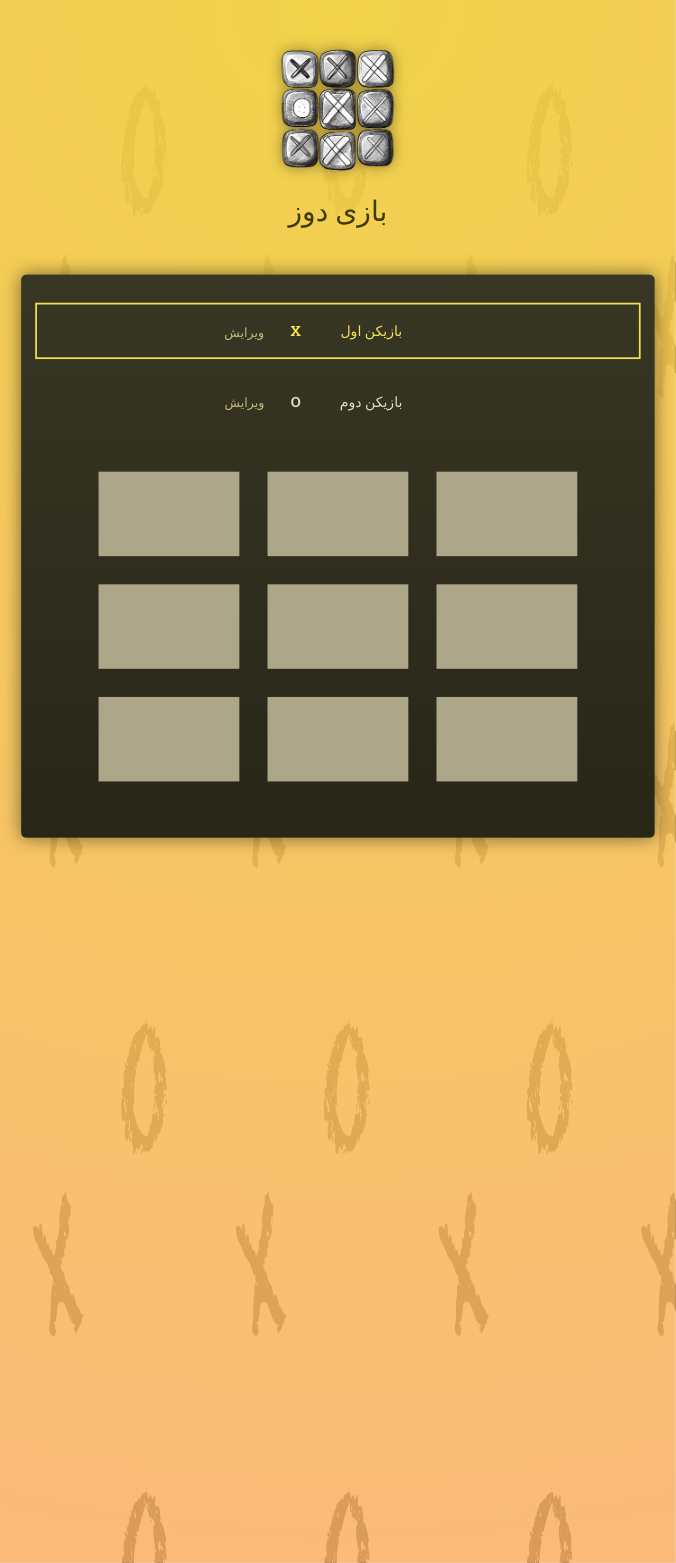
Repository: H-ala/react-tic-toc-toe
Page: /
The author's editor kept a copy of each file at every save. The page is drawn from the files as they stood at one save, then again after the next save.
The browser window is 768 px wide. The pictures show the whole page, at 88% of full size.
Some web fonts or font styles are not loaded; a fallback is used. The project was rebuilt for these pictures with package versions that can differ from the ones it lists, and the page was loaded fresh each time. Also part of the build but not shown: vite.config.js, src/components/GameOver.jsx.

Above is the page before, as saved 2025-10-21 18:20:49.

### index.html
<!DOCTYPE html>
<html lang="en">
  <head>
    <meta charset="UTF-8" />
    <link rel="icon" type="image/svg+xml" href="/game-logo.png" />
    <meta name="viewport" content="width=device-width, initial-scale=1.0" />
    <title>React Tic-Tac-Toe</title>
  </head>
  <body>
    <header>
      <img src="game-logo.png" alt="main picture">
      <h1>بازی دوز</h1>
    </header>
    <div id="root"></div>
    <script type="module" src="/src/index.jsx"></script>
  </body>
</html>

### src/App.jsx
import { WINNING_COMBINATIONS } from "./winning_combinations.js";
import { useState } from "react";
import GameBoard from "./components/GameBoard.jsx";
import GameOver from "./components/GameOver.jsx";
import Player from "./components/Player.jsx";
import Log from "./components/Log.jsx";

const PLAYERS = {
    X: "بازیکن اول",
    O: "بازیکن دوم",
  }

const INITIAL_GAME_BOARD = [
  [null, null, null],
  [null, null, null],
  [null, null, null],
];

function deriveActivePlayer(gameTurns) {
  let currentPlayer = "X";
  if (gameTurns.length > 0 && gameTurns[0].player === "X") {
    currentPlayer = "O";
  }
  return currentPlayer;
}

function deriveGameBoard(gameTurns) {
  let gameBoard = [...INITIAL_GAME_BOARD.map((innerArray) => [...innerArray])];

  for (const turn of gameTurns) {
    const { square, player } = turn;
    const { row, col } = square;

    gameBoard[row][col] = player;
  }
  return gameBoard
}

function deriveWinner(gameBoard, players) {
  let winner;

  for (const combination of WINNING_COMBINATIONS) {
    const firstSquareSymbol =
      gameBoard[combination[0].row][combination[0].column];
    const secondSquareSymbol =
      gameBoard[combination[1].row][combination[1].column];
    const thirdSquareSymbol =
      gameBoard[combination[2].row][combination[2].column];

    if (
      firstSquareSymbol &&
      firstSquareSymbol === secondSquareSymbol &&
      firstSquareSymbol === thirdSquareSymbol
    ) {
      winner = players[firstSquareSymbol];
    }
  }

  return winner;
}

function App() {
  const [players, setplayers] = useState(PLAYERS);
  const [gameTurns, setGameTurns] = useState([]);

  const activePlayer = deriveActivePlayer(gameTurns);

  const gameBoard = deriveGameBoard(gameTurns);
  const winner = deriveWinner(gameBoard, players);
  const isDraw = gameTurns.length === 9 && !winner;

  function handleSelectSquare(rowIndex, colIndex) {
    setGameTurns((prevTurns) => {
      const currentPlayer = deriveActivePlayer(prevTurns);
      const updatedTurns = [
        {
          square: { row: rowIndex, col: colIndex },
          player: currentPlayer,
        },
        ...prevTurns,
      ];
      return updatedTurns;
    });
  }

  function handlePlayerName(symbol, newName) {
    setplayers((prevPlayers) => {
      return {
        ...prevPlayers,
        [symbol]: newName,
      };
    });
  }

  function handleRestart() {
    setGameTurns([]);
  }
  return (
    <main>
      <div id="game-container">
        <ol id="players" className="highlight-player">
          <Player
            initialName={PLAYERS.X}
            symbol="X"
            isActive={activePlayer === "X"}
            onChangeName={handlePlayerName}
          />
          <Player
            initialName={PLAYERS.O}
            symbol="O"
            isActive={activePlayer === "O"}
            onChangeName={handlePlayerName}
          />
        </ol>
        {(winner || isDraw) && (
          <GameOver winner={winner} onRestart={handleRestart} />
        )}
        <GameBoard onSelectSquare={handleSelectSquare} board={gameBoard} />
      </div>
      <Log turns={gameTurns} />
    </main>
  );
}

export default App;

### src/index.css
@import url("https://fonts.googleapis.com/css2?family=Caprasimo&family=Roboto+Slab:wght@400;700&display=swap");

* {
  box-sizing: border-box;
}

html {
  font-family: "Roboto Slab", sans-serif;
  line-height: 1.5;

  color: #ebe7ef;

  font-synthesis: none;
  text-rendering: optimizeLegibility;
  -webkit-font-smoothing: antialiased;
  -moz-osx-font-smoothing: grayscale;
  -webkit-text-size-adjust: 100%;
}

body {
  background: radial-gradient(
      circle at top,
      rgba(241, 210, 70, 0.98),
      rgba(250, 176, 103, 0.87)
    ),
    url("bg-pattern-dark.png");
  background-repeat: repeat;
  background-size: 100% 100%, 30% 30%, 100% 100%;
  min-height: 110rem;
  direction: rtl;
}

header {
  text-align: center;
}

header img {
  width: 8rem;
  object-fit: contain;
  margin: 3rem auto 1rem auto;
  filter: drop-shadow(0 0 8px rgba(0, 0, 0, 0.4));
}

h1 {
  font-family: "Caprasimo", cursive;
  font-size: 3rem;
  margin: 0 auto 3rem auto;
  color: #3f3b00;
}

#game-container {
  max-width: 45rem;
  margin: 3rem auto;
  padding: 2rem;
  border-radius: 6px;
  background: linear-gradient(#383624, #282617);
  box-shadow: 0 0 20px rgba(0, 0, 0, 0.5);
  position: relative;
}

#players {
  list-style: none;
  padding: 0;
  margin: 1rem 0;
  display: flex;
  justify-content: center;
  align-items: center;
  gap: 2rem;
}

#players li {
  display: flex;
  align-items: center;
  width: 50%;
  border: 2px solid transparent;
}

#players.highlight-player li.active {
  border-color: #f6e35a;
  animation: pulse 2s infinite ease-in-out;
}

#players.highlight-player li.active .player-name,
#players.highlight-player li.active .player-symbol {
  color: #f6e35a;
}

#players button {
  width: 3rem;
  border: none;
  background: none;
  color: #c3ba78;
  font-size: 0.9rem;
  cursor: pointer;
  transition: color 0.2s;
  padding: 0.5rem 0.25rem 0.25rem 0.25rem;
  text-align: center;
}

#players button:hover {
  color: #f8ca31;
}

.player {
  border: 2px solid transparent;
  padding: 0.5rem;
  border-radius: 4px;
  font-weight: bold;
}

.player-name {
  display: inline-block;
  width: 10rem;
  font-size: 1rem;
  color: #e1dec7;
  text-transform: uppercase;
  margin: 0;
  padding: 0.5rem;
  border-radius: 4px;
  text-overflow: ellipsis;
  text-align: center;
}

.player input {
  font: inherit;
  font-size: 1rem;
  width: 10rem;
  border: none;
  padding: 0.5rem;
  animation: pulse-text 2s infinite;
  background-color: #46432f;
  text-align: center;
  text-transform: uppercase;
}

.player-symbol {
  margin-left: 1rem;
  font-size: 1rem;
  color: #e1dec7;
}

ol {
  list-style: none;
  margin: 0;
  padding: 0;
}

#pre-game {
  text-align: center;
}

#pre-game button {
  cursor: pointer;
  background: none;
  color: #f8c031;
  border: none;
  font-family: "Caprasimo", cursive;
  font-size: 4rem;
  text-shadow: 0 0 12px rgba(0, 0, 0, 0.7);
  animation: pulse-text-size 2s infinite ease-out;
}

#game-board {
  display: flex;
  flex-wrap: wrap;
  justify-content: center;
  gap: 2rem;
  margin: 3rem 0;
  padding: 0;
  flex-direction: column;
}

#game-board ol {
  display: flex;
  flex-wrap: wrap;
  justify-content: center;
  gap: 2rem;
  margin: 0;
  padding: 0;
}

#game-board button {
  width: 8rem;
  height: 8rem;
  border: none;
  background: #aca788;
  color: #3f3b00;
  font-size: 5rem;
  cursor: pointer;
  font-family: "Caprasimo", cursive;
  padding: 1rem;
}

#game-over {
  position: absolute;
  top: 0;
  left: 0;
  width: 100%;
  height: 100%;
  display: flex;
  flex-direction: column;
  justify-content: center;
  align-items: center;
  background-color: rgba(40, 38, 23, 0.95);
  animation: pop-in 0.5s cubic-bezier(0.68, -0.55, 0.65, 0.52) forwards;
}

#game-over h2 {
  font-family: "Caprasimo", cursive;
  font-size: 4rem;
  text-align: center;
  color: #fcd256;
  margin: 0;
}

#game-over p {
  font-size: 2rem;
  text-align: center;
  color: #e1dec7;
}

#game-over button {
  display: block;
  margin: 0 auto;
  font-size: 1.5rem;
  background: none;
  border: 2px solid #fcd256;
  color: #fcd256;
  padding: 0.5rem 1rem;
  border-radius: 4px;
  cursor: pointer;
  transition: all 0.2s, color 0.2s;
  box-shadow: 0 0 8px rgba(255, 187, 0, 0.4);
}

#game-over button:hover {
  background: #fcd256;
  color: #3f3b00;
  transform: scale(1.1);
  box-shadow: 0 0 20px rgba(255, 187, 0, 0.8);
}

#log {
  max-width: 20rem;
  color: #3f3b00;
  list-style: none;
  margin: 2rem auto;
  padding: 0;
  text-align: center;
}

#log li {
  border-radius: 4px;
  animation: slide-in-from-left 1s cubic-bezier(0.075, 0.82, 0.165, 1) forwards;
  margin: 0.75rem;
}

#log li.highlighted {
  background-color: #3f3b00;
  color: white;
}

#game-hints {
  text-align: center;
  color: #46432f;
}

#game-hints h2 {
  font-family: "Caprasimo", cursive;
  font-size: 2rem;
  margin: 0;
}

#game-hints ul {
  list-style: none;
  padding: 0;
  margin: 0;
}

#game-hints button {
  cursor: pointer;
  border: none;
  background: transparent;
  color: #23221f;
  font: inherit;
  margin-top: 1.5rem;
}

@keyframes slide-in-from-left {
  0% {
    opacity: 0;
    transform: translateX(-30%);
  }
  100% {
    opacity: 1;
    transform: translateX(0);
  }
}

@keyframes pulse-text {
  0% {
    color: #e1dec7;
  }
  50% {
    color: #9f9d83;
  }
  100% {
    color: #e1dec7;
  }
}

@keyframes pulse-text-size {
  0% {
    transform: scale(1);
  }
  50% {
    transform: scale(1.05);
  }
  100% {
    transform: scale(1);
  }
}

@keyframes pulse {
  0% {
    border-color: #f6e35a;
    box-shadow: 0 0 0 0 rgba(246, 227, 90, 0.4);
  }
  50% {
    border-color: #f8c031;
    box-shadow: 0 0 0 0.5rem rgba(248, 165, 49, 0);
  }
  100% {
    border-color: #f6e35a;
    box-shadow: 0 0 0 0 rgba(246, 227, 90, 0);
  }
}

/* Fancy animation for showing the "Game Over" element */
@keyframes pop-in {
  0% {
    transform: scale(0);
    opacity: 0;
  }
  80% {
    transform: scale(1.1);
    opacity: 1;
  }
  100% {
    transform: scale(1);
  }
}

@media (max-width: 768px) {
  h1 {
    font-size: 2rem;
  }

  #game-container {
    padding: 1rem;
    margin: 1rem;
  }

  #players {
    flex-direction: column;
    gap: 1rem;
  }

  #players li {
    width: 100%;
    align-items: center;
    justify-content: center;
  }

  #game-board button {
    width: 10rem;
    height: 6rem;
    font-size: 2.5rem;
  }

  #pre-game button {
    font-size: 2.5rem;
  }

  #game-over h2 {
    font-size: 2.5rem;
  }

  #game-over p {
    font-size: 1.2rem;
  }
}

### src/winning_combinations.js
export const WINNING_COMBINATIONS = [
  [
    { row: 0, column: 0 },
    { row: 0, column: 1 },
    { row: 0, column: 2 },
  ],
  [
    { row: 1, column: 0 },
    { row: 1, column: 1 },
    { row: 1, column: 2 },
  ],
  [
    { row: 2, column: 0 },
    { row: 2, column: 1 },
    { row: 2, column: 2 },
  ],
  [
    { row: 0, column: 0 },
    { row: 1, column: 0 },
    { row: 2, column: 0 },
  ],
  [
    { row: 0, column: 1 },
    { row: 1, column: 1 },
    { row: 2, column: 1 },
  ],
  [
    { row: 0, column: 2 },
    { row: 1, column: 2 },
    { row: 2, column: 2 },
  ],
  [
    { row: 0, column: 0 },
    { row: 1, column: 1 },
    { row: 2, column: 2 },
  ],
  [
    { row: 0, column: 2 },
    { row: 1, column: 1 },
    { row: 2, column: 0 },
  ],
];

### src/components/Player.jsx
import { useState } from "react";

export default function ({ initialName, symbol, isActive, onChangeName }) {
  const [playerName, setplayerName] = useState(initialName);
  const [isEditting, setIsEditting] = useState(false);

  function handleEditClick() {
    setIsEditting((editting) => !editting);
    if (isEditting) {
      onChangeName(symbol, playerName);
    }
  }

  function handleChange(event) {
    setplayerName(event.target.value);
  }

  let edittablePlayerName = <span className="player-name">{playerName}</span>;
  if (isEditting) {
    edittablePlayerName = (
      <input type="text" required value={playerName} onChange={handleChange} />
    );
  }
  return (
    <li className={isActive ? "active" : undefined}>
      <span className="player">
        {edittablePlayerName}
        <span className="player-symbol">{symbol}</span>
      </span>
      <button onClick={handleEditClick}>{isEditting ? "ذخیره" : "ویرایش"} </button>
    </li>
  );
}

### src/components/Log.jsx
export default function Log({ turns }) {
  return (
    <ol id="log">
      {turns.map((turn) => (
        <li key={`${turn.square.row}${turn.square.col}`}>
          {turn.player} ردیف {turn.square.row + 1} و ستون {turn.square.col + 1}{" "}
          را انتخاب کرد
        </li>
      ))}
    </ol>
  );
}

Loaded but not shown: src/index.jsx (common file); src/components/GameBoard.jsx (common file)

After the next save:
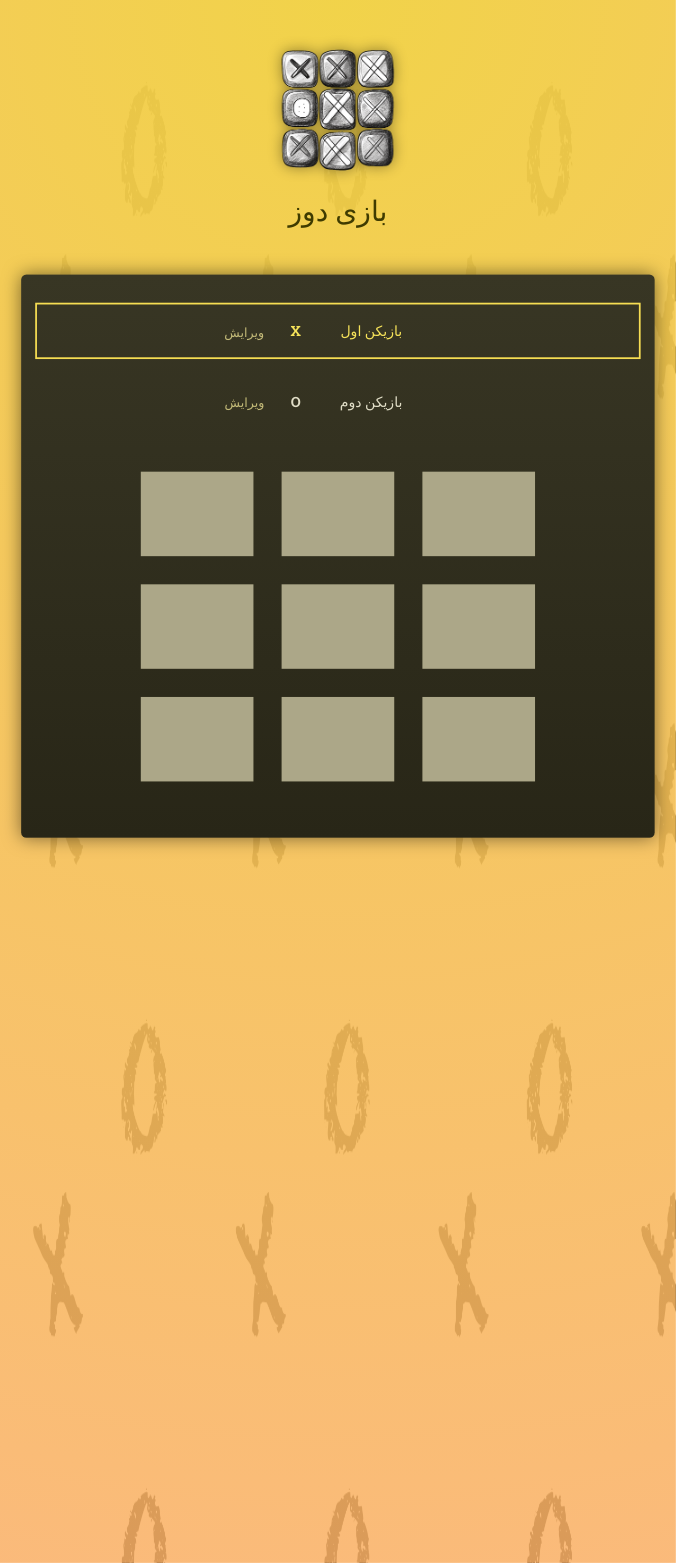
Saved 5 s later.
--- a/src/index.css
+++ b/src/index.css
@@ -373,7 +373,7 @@ ol {
   }
 
   #game-board button {
-    width: 10rem;
+    width: 8rem;
     height: 6rem;
     font-size: 2.5rem;
   }
